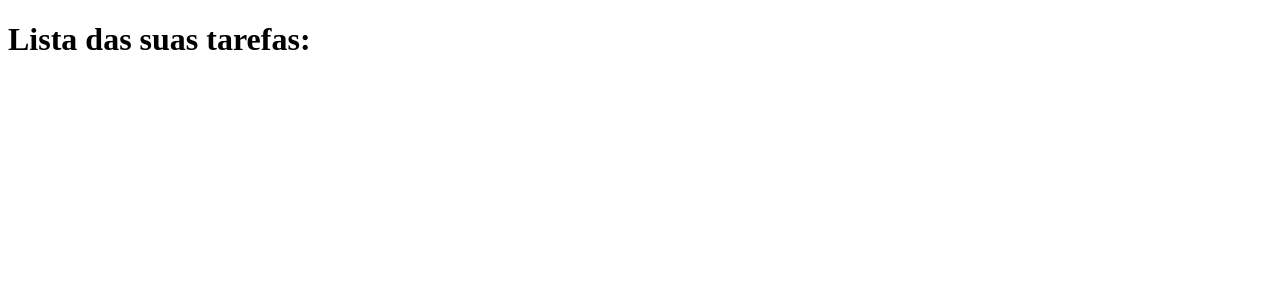
Repository: noceravictor/projetosbs
Page: http://localhost/fj21-tarefas/listaTarefas
An editor plug-in stored every save of this project. The page is shown before and after the next save, followed by the edit.
The browser window is 1280 px wide. The pictures show the whole page.
The page is served by Tomcat 9. Queries for data that is not in the repository find no rows.

Above is the page before, as saved 2019-03-21 15:21:48.

After the next save:
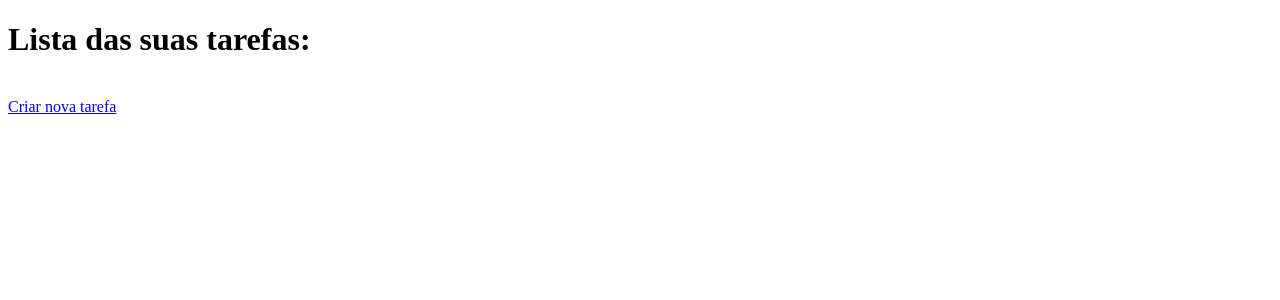
Saved 47 s later.
--- a/fj21-tarefas/WebContent/WEB-INF/views/tarefa/lista.jsp
+++ b/fj21-tarefas/WebContent/WEB-INF/views/tarefa/lista.jsp
@@ -9,7 +9,8 @@
 <title>Lista de tarefas</title>
 </head>
 <body>
-	<h1>Lista das suas tarefas:</h1>
+	<h1>Lista das suas tarefas:</h1><br />
+	<a href="novaTarefa">Criar nova tarefa</a>
 
 </body>
 </html>
